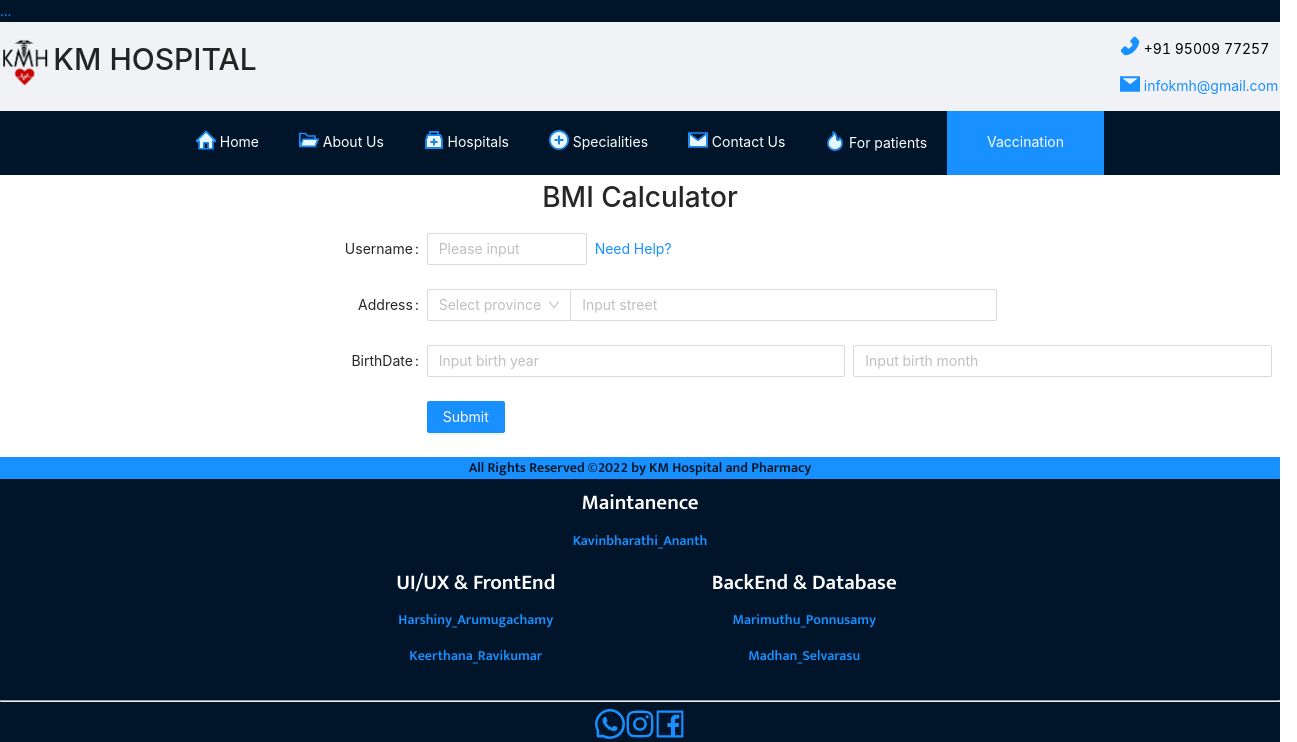
Repository: marimuthu1001/KHM-hospital
Page: /bmicalculator (app in km-hospital/)
The author's editor kept a copy of each file at every save. The page is drawn from the files as they stood at one save, then again after the next save.
The browser window is 1280 px wide. The page is 1297 px wide, so the pictures cover 1297 px, including what lies to the right of the window. The pictures show the whole page.
The project was rebuilt for these pictures with package versions that can differ from the ones it lists, and the page was loaded fresh each time. Also part of the build but not shown: km-hospital/src/Styles/ContactUs.module.css, km-hospital/src/Pages/ContactUs.jsx, km-hospital/src/Pages/AboutUS.jsx, km-hospital/src/Styles/Specialities.module.css, km-hospital/src/firebase.js, km-hospital/src/Pages/Specialities.jsx, km-hospital/src/Pages/Feedback.jsx.

Above is the page before, as saved 2022-01-25 14:14:50.

After the next save:
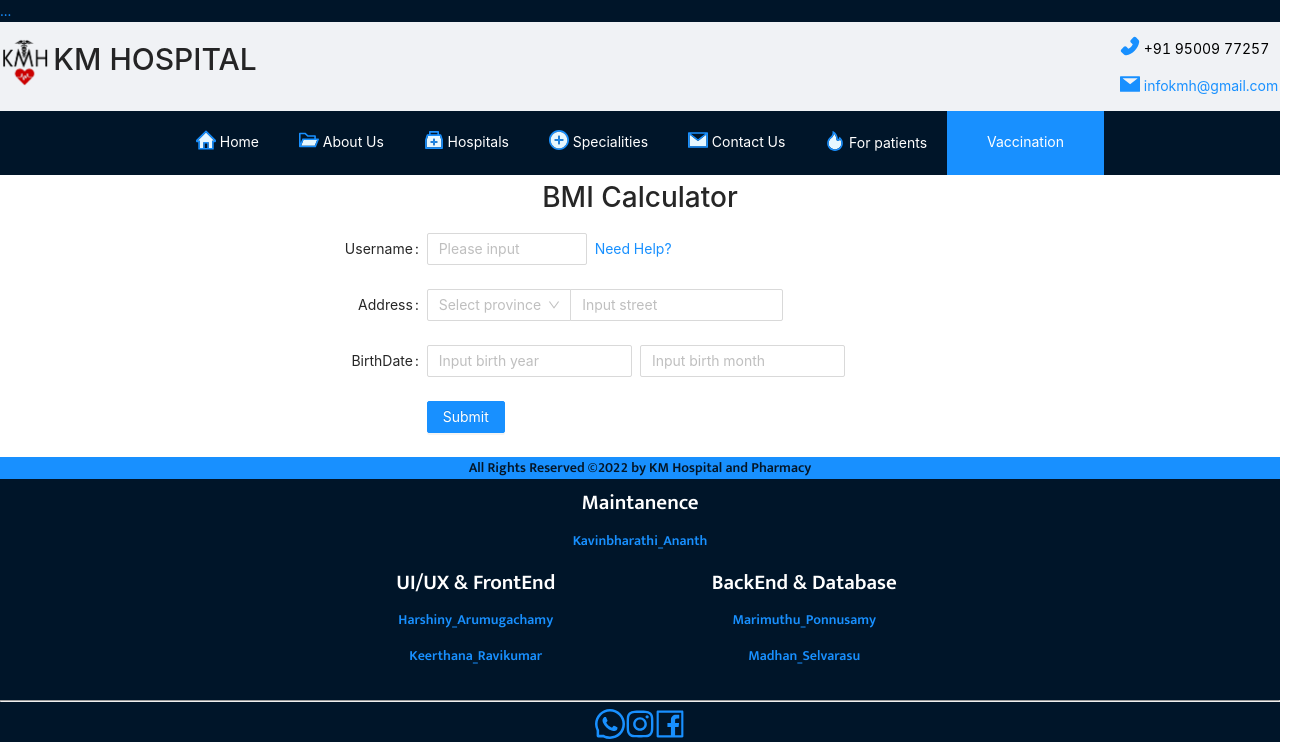
Saved 26 s later.
--- a/km-hospital/src/Pages/For Patients/Bmi_Calculator.jsx
+++ b/km-hospital/src/Pages/For Patients/Bmi_Calculator.jsx
@@ -24,7 +24,7 @@ function Bmi_Calculator() {
 
 
 
-            <Form name="complex-form" onFinish={onFinish} labelCol={{ span: 8 }} wrapperCol={{ span: 16 }}>
+            <Form name="complex-form" onFinish={onFinish} labelCol={{ span: 8 }} wrapperCol={{ span: 8 }}>
                 <Form.Item label="Username">
                     <Space>
                     <Form.Item
